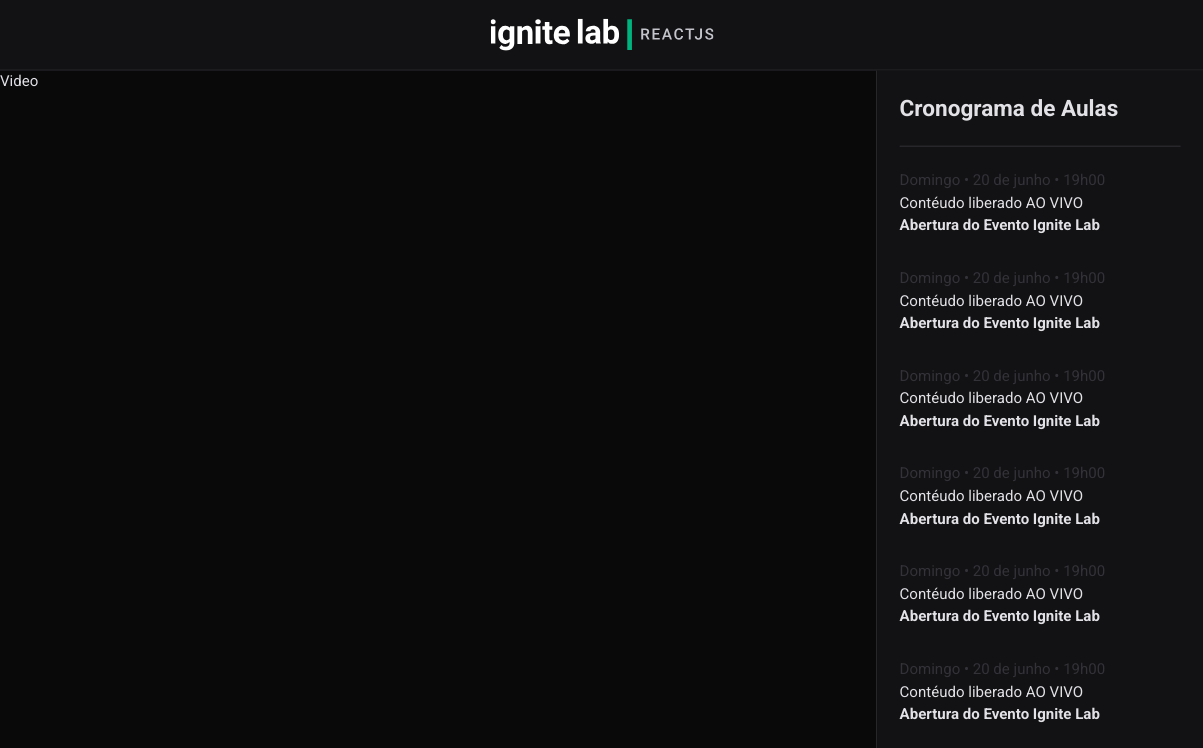
Repository: guilhermecardoso93/ignitelab
Page: /event
These files come from the project's save history. The page is drawn as it stood at one moment and after the next save; the edit follows.
The browser window is 1280 px wide. The pictures show the whole page, at 94% of full size.
The project was rebuilt for these pictures with package versions that can differ from the ones it lists, and the page was loaded fresh each time. Also part of the build but not shown: vite.config.ts.

Above is the page before, as saved 2022-06-22 11:44:32.

### index.html
<!DOCTYPE html>
<html lang="en">
  <head>
    <meta charset="UTF-8" />
    <link rel="icon" type="image/svg+xml" href="/src/favicon.svg" />
    <link rel="preconnect" href="https://fonts.googleapis.com" />
    <link rel="preconnect" href="https://fonts.gstatic.com" crossorigin />
    <link
      href="https://fonts.googleapis.com/css2?family=Roboto:wght@400;500;700&display=swap"
      rel="stylesheet"
    />
    <meta name="viewport" content="width=device-width, initial-scale=1.0" />
    <title>Ignite Lab</title>
  </head>
  <body>
    <div id="root"></div>
    <script type="module" src="/src/main.tsx"></script>
  </body>
</html>

### src/main.tsx
import { ApolloProvider } from "@apollo/client";
import React from "react";
import ReactDOM from "react-dom/client";
import { App } from "./App";
import { client } from "./lib/apollo";

import "./styles/global.css";

ReactDOM.createRoot(document.getElementById("root")!).render(
  <React.StrictMode>
    <ApolloProvider client={client}>
      <App />
    </ApolloProvider>
  </React.StrictMode>
);

### src/App.tsx
import { Event } from "./pages/Event";

export function App() {
  return (
    <div>
      <Event />
    </div>
  );
}

### src/lib/apollo.ts
import { ApolloClient, InMemoryCache } from "@apollo/client";

export const client = new ApolloClient({
  uri: "https://api-sa-east-1.graphcms.com/v2/cl4orc0220r0201xnfce43eoi/master",
  cache: new InMemoryCache()
});

### src/pages/Event.tsx
import { Header } from "../components/Header";
import { Sidebar } from "../components/Sidebar";
import { Video } from "../components/Video";

export function Event() {
  return (
    <div className="flex flex-col min-h-screen">
      <Header />
      <main className="flex flex-1">
        <Video />
        <Sidebar />
      </main>
    </div>
  );
}

### src/components/Header/index.tsx
import { Logo } from "../Logo";

export function Header() {
  return (
    <header className='w-full py-5 flex items-center justify-center bg-gray-700 border-b border-gray-600'>
      <Logo/>
    </header>
  );
}

### src/components/Sidebar/index.tsx
import { Lesson } from "../Lesson";

export function Sidebar() {
  return (
    <aside className="w-[348px] bg-gray-700 p-6 border-l border-gray-600">
      <span className="font-bold text-2xl pb-6 mb-6 border-b border-gray-500 block">
        Cronograma de Aulas
      </span>

      <div className="flex flex-col gap-8">
        <Lesson/>
        <Lesson/>
        <Lesson/>
        <Lesson/>
        <Lesson/>
        <Lesson/>
      </div>
    </aside>
  );
}

### src/components/Video/index.tsx
export function Video() {
  return (
    <div className='flex-1'>
      <h1>Video</h1>
    </div>

  );
}

### src/components/Logo/index.tsx
export function Logo() {
  return (
    <svg
      xmlns="http://www.w3.org/2000/svg"
      width="237"
      height="34"
      fill="none"
      viewBox="0 0 237 34"
    >
      <path
        fill="#fff"
        d="M.002 3.112a2.49 2.49 0 01.165-.987c.12-.314.304-.595.535-.83A2.906 2.906 0 012.615.572c.698 0 1.374.257 1.912.723.23.24.412.524.536.837a2.701 2.701 0 010 1.979 2.568 2.568 0 01-.536.837 2.889 2.889 0 01-1.907.723 2.901 2.901 0 01-1.908-.723 2.458 2.458 0 01-.538-.84 2.645 2.645 0 01-.172-.996zm4.96 23.146H.273V7.862h4.689v18.397zM8.012 16.973c0-2.853.686-5.145 2.055-6.883a6.653 6.653 0 015.528-2.606 5.869 5.869 0 014.802 2.09l.2-1.751h4.538v17.95a7.891 7.891 0 01-1.12 4.246 7.243 7.243 0 01-3.147 2.752 11.155 11.155 0 01-4.742.94c-1.378 0-2.74-.279-4.008-.812a7.08 7.08 0 01-2.946-2.11l2.208-3.02a5.905 5.905 0 004.543 2.08 4.356 4.356 0 003.104-1.059 3.938 3.938 0 001.103-2.993v-.994a5.775 5.775 0 01-4.555 1.935 6.647 6.647 0 01-3.05-.652 6.615 6.615 0 01-2.408-1.967c-1.397-1.752-2.085-4.089-2.085-6.942v-.21h-.025l.005.006zm4.997.355a6.723 6.723 0 001.026 3.956 3.233 3.233 0 002.799 1.443c.651.045 1.3-.088 1.878-.39a3.52 3.52 0 001.396-1.305v-7.825a3.448 3.448 0 00-1.374-1.305 3.504 3.504 0 00-1.86-.39 3.28 3.28 0 00-1.61.365 3.22 3.22 0 00-1.219 1.103c-.688.975-1.036 2.418-1.036 4.348zM33.098 7.833l.158 2.196a6.527 6.527 0 012.371-1.927 6.38 6.38 0 012.971-.62c1.97 0 3.438.597 4.39 1.79.953 1.194 1.456 2.936 1.486 5.293v12.249h-4.962V14.683a3.367 3.367 0 00-.684-2.344 3.086 3.086 0 00-1.069-.598 3.008 3.008 0 00-1.211-.13 3.349 3.349 0 00-1.821.454c-.553.32-1.01.794-1.313 1.367v13.37H28.45V7.845l4.647-.012zM47.512 3.112a2.304 2.304 0 01.185-.988 2.42 2.42 0 01.59-.831A3.439 3.439 0 0150.404.57c.772 0 1.52.256 2.117.723.508.486.792 1.142.792 1.826 0 .683-.284 1.34-.792 1.826a3.417 3.417 0 01-2.11.723c-.77 0-1.517-.257-2.11-.723a2.47 2.47 0 01-.594-.839 2.342 2.342 0 01-.19-.994h-.005zm5.483 23.149h-5.18V7.86h5.18v18.4zM62.454 3.334v4.612h3.107v3.677h-3.107v9.382c-.05.53.091 1.063.395 1.495a1.824 1.824 0 001.473.45c.476.002.95-.035 1.421-.114v3.803a9.672 9.672 0 01-2.939.449c-3.398 0-5.128-1.775-5.19-5.32V11.644h-2.642V7.968h2.643V3.356h4.841v-.025l-.002.003zM76.487 27.08a9.277 9.277 0 01-6.759-2.55c-1.74-1.699-2.605-3.957-2.605-6.797v-.494a11.295 11.295 0 011.098-5.08 8.141 8.141 0 013.111-3.465 8.72 8.72 0 014.59-1.22c2.577 0 4.62.815 6.098 2.449 1.478 1.633 2.226 3.94 2.226 6.929v2.055h-12.01a4.665 4.665 0 001.473 2.971 4.487 4.487 0 003.111 1.111 5.426 5.426 0 004.548-2.115l2.476 2.781a7.506 7.506 0 01-3.07 2.507 9.81 9.81 0 01-4.287.916v.002zm-.594-15.514a3.127 3.127 0 00-2.428 1.012 5.405 5.405 0 00-1.188 2.912h7.006v-.405a3.749 3.749 0 00-.908-2.608 3.252 3.252 0 00-2.45-.908h-.03l-.002-.003zM97.771 26.259h-4.957V0h4.957V26.26zM112.209 26.259c-.227-.444-.392-.997-.496-1.659-1.196 1.333-2.751 2.002-4.666 2.002-1.811 0-3.314-.523-4.504-1.572-1.191-1.049-1.786-2.372-1.786-3.966 0-1.96.725-3.464 2.179-4.513 1.453-1.049 3.553-1.58 6.3-1.59h2.273v-1.06c0-.854-.22-1.54-.659-2.051-.44-.513-1.131-.77-2.078-.77-.832 0-1.486.2-1.957.6-.474.4-.708.945-.708 1.64h-4.941c0-1.07.331-2.062.992-2.973.662-.91 1.597-1.626 2.804-2.144 1.206-.518 2.564-.778 4.069-.778 2.28 0 4.089.573 5.429 1.718 1.34 1.145 2.009 2.756 2.009 4.83v8.017c.012 1.754.256 3.082.735 3.983v.29h-4.992l-.003-.004zm-4.086-3.435c.728 0 1.402-.163 2.016-.486.614-.326 1.071-.76 1.367-1.308v-3.181h-1.846c-2.472 0-3.79.854-3.948 2.564l-.017.291c0 .614.217 1.123.649 1.523.434.4 1.026.6 1.779.6v-.003zM136.58 17.183c0 2.963-.632 5.273-1.898 6.931-1.265 1.659-3.032 2.488-5.3 2.488-2.006 0-3.608-.77-4.805-2.308l-.222 1.967h-4.444V.001h4.94v9.418c1.14-1.332 2.638-2 4.496-2 2.256 0 4.025.828 5.308 2.487 1.283 1.658 1.923 3.992 1.923 7v.274l.002.003zm-4.94-.358c0-1.868-.296-3.233-.889-4.094-.592-.861-1.475-1.29-2.65-1.29-1.572 0-2.655.643-3.247 1.932v7.299c.604 1.298 1.697 1.95 3.282 1.95 1.584 0 2.643-.788 3.146-2.36.239-.752.358-1.897.358-3.437z"
      ></path>
      <path
        fill="#C4C4CC"
        d="M164.51 17.501h-2.283v4.53h-2.048v-11.78h4.143c1.36 0 2.408.306 3.149.915.74.61 1.108 1.493 1.108 2.648 0 .787-.19 1.449-.57 1.98-.38.532-.911.94-1.59 1.226l2.646 4.906v.106h-2.194l-2.364-4.531h.003zm-2.283-1.65h2.105c.691 0 1.229-.176 1.619-.524.39-.348.582-.824.582-1.429 0-.604-.18-1.12-.538-1.466-.358-.345-.893-.523-1.606-.533h-2.162V15.85zM179.066 16.773h-4.839v3.625h5.656v1.634h-7.704V10.25h7.648v1.65h-5.6v3.253h4.839v1.62zM189.803 19.29h-4.565l-.955 2.744h-2.127l4.452-11.783h1.836l4.459 11.783h-2.137l-.963-2.744zm-3.99-1.65h3.415l-1.707-4.89-1.708 4.89zM204.716 18.197c-.119 1.256-.583 2.238-1.392 2.941-.81.703-1.885 1.056-3.228 1.056-.938 0-1.764-.222-2.48-.668-.715-.445-1.266-1.079-1.656-1.898-.387-.82-.589-1.772-.607-2.858v-1.1c0-1.11.198-2.09.59-2.937.392-.846.96-1.5 1.695-1.96.736-.458 1.587-.688 2.554-.688 1.301 0 2.347.353 3.139 1.057.792.703 1.254 1.7 1.385 2.99h-2.039c-.096-.846-.343-1.458-.74-1.833-.397-.375-.977-.563-1.745-.563-.89 0-1.574.326-2.05.977-.479.652-.721 1.605-.733 2.863v1.044c0 1.273.227 2.245.683 2.917.457.668 1.123 1.004 2.004 1.004.805 0 1.409-.18 1.814-.543.405-.363.661-.962.77-1.804h2.038l-.002.003zM216.481 11.902h-3.674v10.132h-2.031V11.902h-3.642V10.25h9.347v1.65zM222.759 10.251h2.039v8.262c0 1.127-.353 2.023-1.057 2.687-.703.664-1.633.995-2.788.995-1.229 0-2.179-.311-2.848-.93-.669-.62-1.004-1.484-1.004-2.59h2.038c0 .627.156 1.096.467 1.412.31.316.76.474 1.347.474.55 0 .989-.183 1.315-.545.326-.366.489-.867.489-1.51V10.25h.002zM234.952 18.999c0-.518-.183-.918-.545-1.197-.363-.279-1.022-.563-1.972-.849-.95-.286-1.705-.604-2.265-.955-1.074-.674-1.612-1.555-1.612-2.638 0-.95.388-1.732 1.163-2.347.774-.614 1.779-.922 3.015-.922.819 0 1.55.15 2.194.454a3.597 3.597 0 011.513 1.29c.367.558.55 1.177.55 1.858h-2.038c0-.614-.193-1.095-.578-1.443-.385-.348-.938-.524-1.656-.524-.668 0-1.189.144-1.557.43-.37.286-.555.686-.555 1.197 0 .432.2.792.6 1.08.399.29 1.056.57 1.974.842.918.271 1.653.582 2.208.93.556.348.963.748 1.222 1.197.259.452.387.977.387 1.582 0 .982-.375 1.762-1.127 2.342-.753.58-1.775.87-3.063.87a5.755 5.755 0 01-2.352-.473c-.715-.316-1.27-.75-1.668-1.308-.397-.555-.594-1.204-.594-1.942h2.048c0 .669.222 1.187.664 1.555.441.367 1.075.55 1.902.55.713 0 1.246-.143 1.607-.432.357-.288.538-.671.538-1.145l-.003-.002z"
      ></path>
      <path fill="#00B37E" d="M150.271 33.146h-4.958V.57h4.958v32.576z"></path>
    </svg>
  );
}

### src/components/Lesson/index.tsx
export function Lesson() {
  return (
    <a href="#">
      <span className='text-gray-500'>
        Domingo • 20 de junho • 19h00</span>
      <div>
        <header>
          <span>Contéudo liberado </span>
          <span> AO VIVO </span>
        </header>
        <strong>Abertura do Evento Ignite Lab</strong>
      </div>
    </a>
  );
}

### tailwind.config.js
/** @type {import('tailwindcss').Config} */
module.exports = {
  content: ["./src/**/*.tsx"],
  theme: {
    extend: {
      fontFamily: {
        sans: "Roboto, sans-serif"
      },
      colors: {
        green: {
          300: "#00B37E",
          500: "#00875F",
          700: "#015F43"
        },
        blue: {
          500: "#81D8F7"
        },
        orange: {
          500: "#FBA94C"
        },
        red: {
          500: "#F75A68"
        },
        gray: {
          100: "#E1E1E6",
          200: "#C4C4CC",
          300: "#8D8D99",
          500: "#323238",
          600: "#29292E",
          700: "#121214",
          900: "#09090A"
        }
      }
    }
  },
  plugins: []
};

Loaded but not shown: src/styles/global.css (common file)

After the next save:
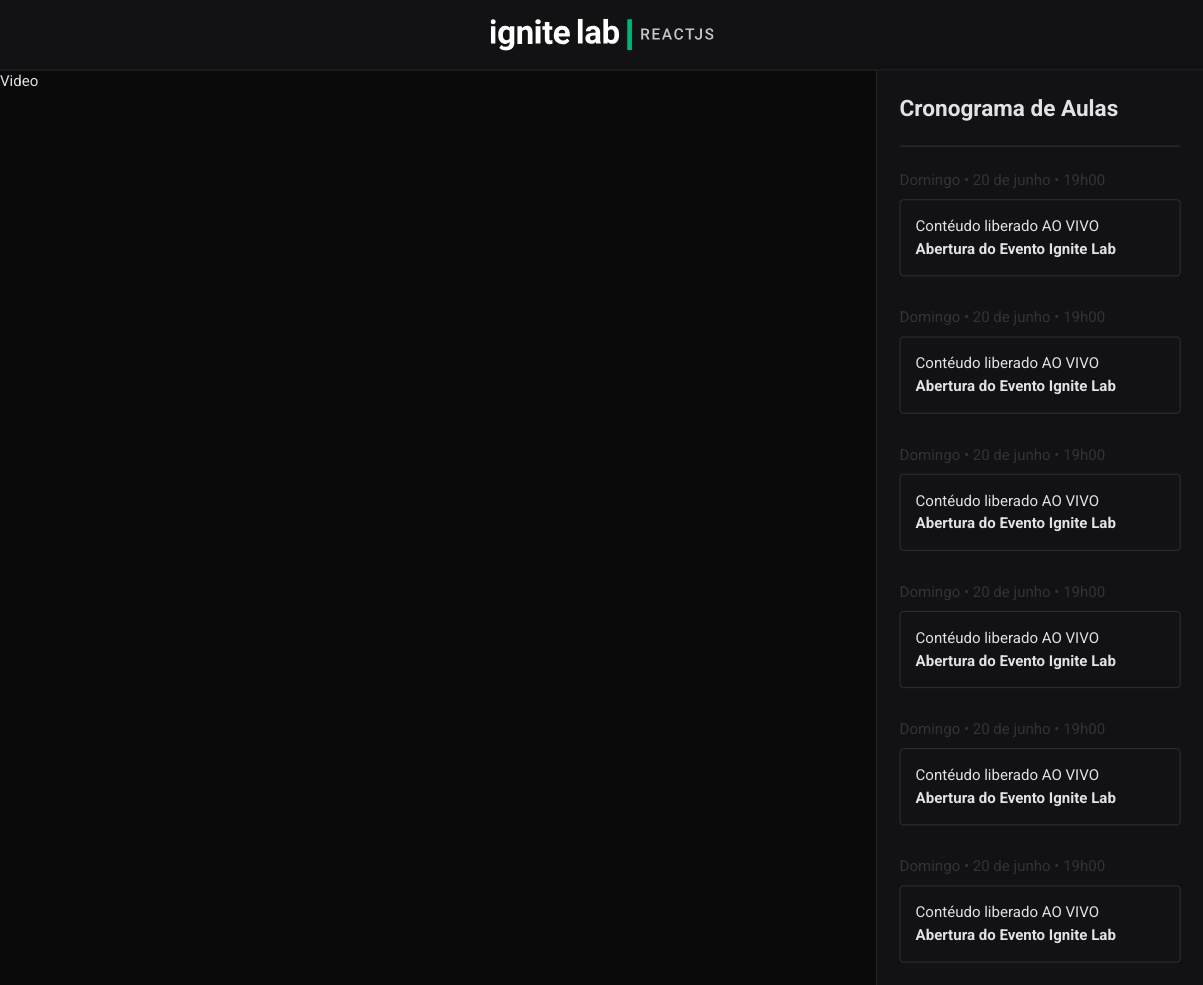
Saved 61 s later.
--- a/src/components/Lesson/index.tsx
+++ b/src/components/Lesson/index.tsx
@@ -2,8 +2,10 @@
   return (
     <a href="#">
       <span className='text-gray-500'>
-        Domingo • 20 de junho • 19h00</span>
-      <div>
+        Domingo • 20 de junho • 19h00
+      </span>
+
+      <div className="rounded border border-gray-500 p-4 mt-2">
         <header>
           <span>Contéudo liberado </span>
           <span> AO VIVO </span>
